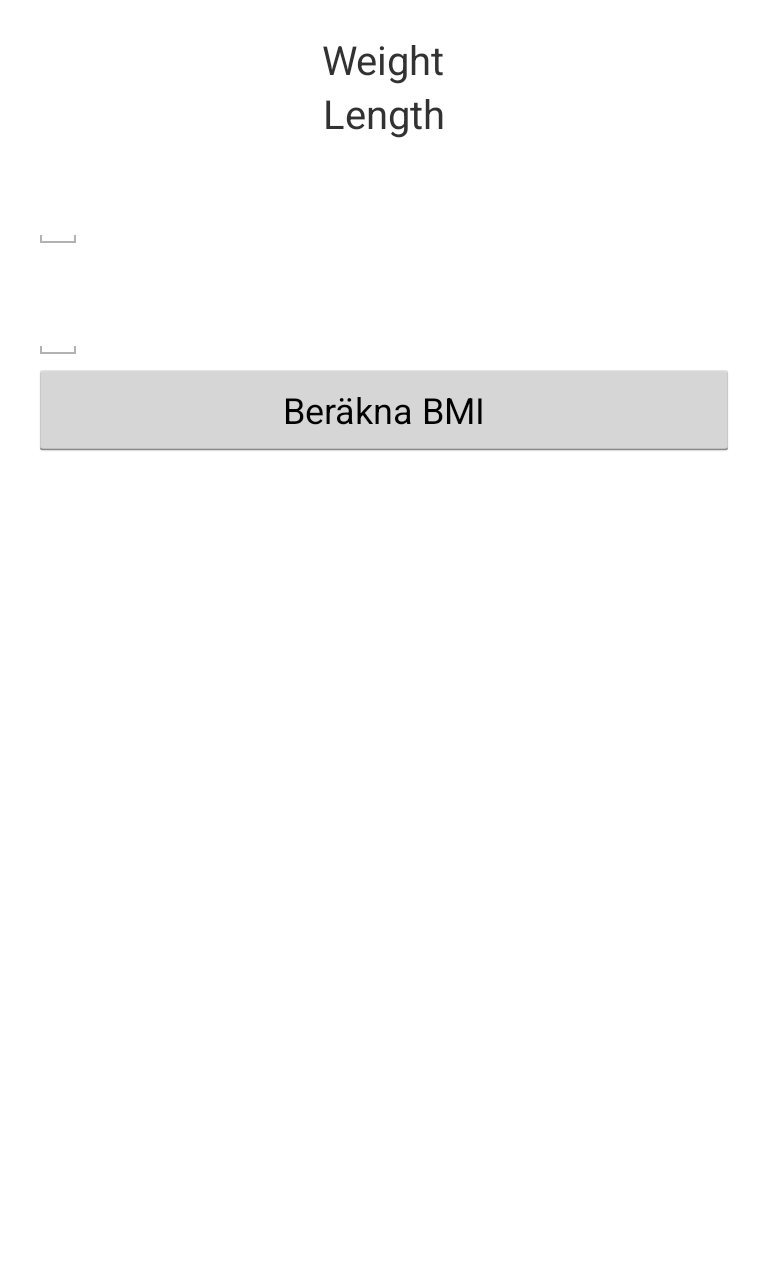
Repository: ek222mw/IDV436_API_Komponent
Layout: labb1_BMI/res/layout/activity_main.xml
These files come from the project's save history. The layout is drawn as it stood at one moment and after the next save; the edit follows.
It is drawn on a 768 x 1280 px phone screen (xhdpi) without system bars, with theme AppTheme; the app's code is not run.

Above is the layout before, as saved 2014-11-17 13:29:32.

### labb1_BMI/res/layout/activity_main.xml
<LinearLayout xmlns:android="http://schemas.android.com/apk/res/android"
    xmlns:tools="http://schemas.android.com/tools"
    android:orientation="vertical"
    android:layout_width="match_parent"
    android:layout_height="match_parent"
    android:paddingBottom="@dimen/activity_vertical_margin"
    android:paddingLeft="@dimen/activity_horizontal_margin"
    android:paddingRight="@dimen/activity_horizontal_margin"
    android:paddingTop="@dimen/activity_vertical_margin"
    tools:context="com.example.randomize.RandomNum" >



    <TextView
        android:layout_width="wrap_content"
        android:layout_height="wrap_content"
        android:text="@string/weight"
        android:layout_gravity="center"
        android:textSize="20sp"
         />
     <TextView

        android:layout_width="wrap_content"
        android:layout_height="wrap_content"
        android:text="@string/height"
        android:layout_gravity="center"
        android:textSize="20sp"
         />

    <EditText android:id="@+id/edit_text"

        android:layout_width="wrap_content"
        android:layout_height="wrap_content"

        android:gravity="center"
        android:textSize="30sp"
        android:hint="@string/edit_text_Length" />

    <EditText android:id="@+id/edit_text_Weight"

        android:layout_width="wrap_content"
        android:layout_height="wrap_content"

        android:gravity="center"
        android:textSize="30sp"
        android:hint="@string/edit_text_Weight" />

    <Button android:id="@+id/Button_Send"
        android:layout_width="match_parent"
        android:layout_height="wrap_content"
        android:layout_gravity="center"
        android:text="@string/button_text" />

</LinearLayout>

### labb1_BMI/res/values/strings.xml
<?xml version="1.0" encoding="utf-8"?>
<resources>

    <string name="app_name">labb1_BMI</string>
    <string name="result"></string>
    <string name="height">Length</string>
    <string name="edit_text_Length"></string>
    <string name="weight">Weight</string>
    <string name="edit_text_Weight"></string>
    <string name="button_text">Beräkna BMI</string>
    <string name="action_settings">Settings</string>

</resources>

Loaded but not shown: labb1_BMI/res/values/styles.xml (common file); labb1_BMI/res/values-v11/styles.xml (common file); labb1_BMI/res/values-v14/styles.xml (common file); labb1_BMI/res/values/dimens.xml (common file); labb1_BMI/res/values-w820dp/dimens.xml (common file)

After the next save:
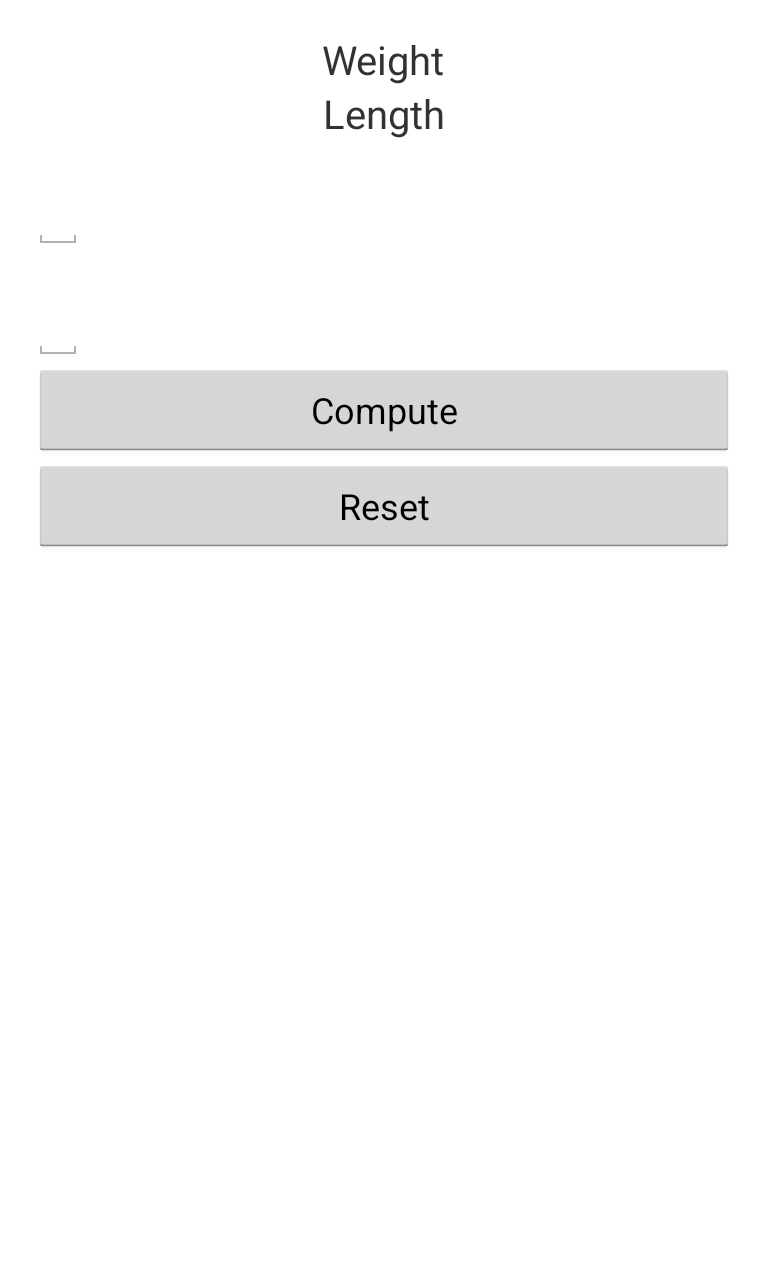
Saved 71 s later.
--- a/labb1_BMI/res/layout/activity_main.xml
+++ b/labb1_BMI/res/layout/activity_main.xml
@@ -51,4 +51,10 @@
         android:layout_gravity="center"
         android:text="@string/button_text" />
 
+    <Button android:id="@+id/Reset"
+        android:layout_width="match_parent"
+        android:layout_height="wrap_content"
+        android:layout_gravity="center"
+        android:text="@string/Reset" />
+
 </LinearLayout>
--- a/labb1_BMI/res/values/strings.xml
+++ b/labb1_BMI/res/values/strings.xml
@@ -7,7 +7,8 @@
     <string name="edit_text_Length"></string>
     <string name="weight">Weight</string>
     <string name="edit_text_Weight"></string>
-    <string name="button_text">Beräkna BMI</string>
+    <string name="button_text">Compute</string>
+    <string name="Reset">Reset</string>
     <string name="action_settings">Settings</string>
 
 </resources>
